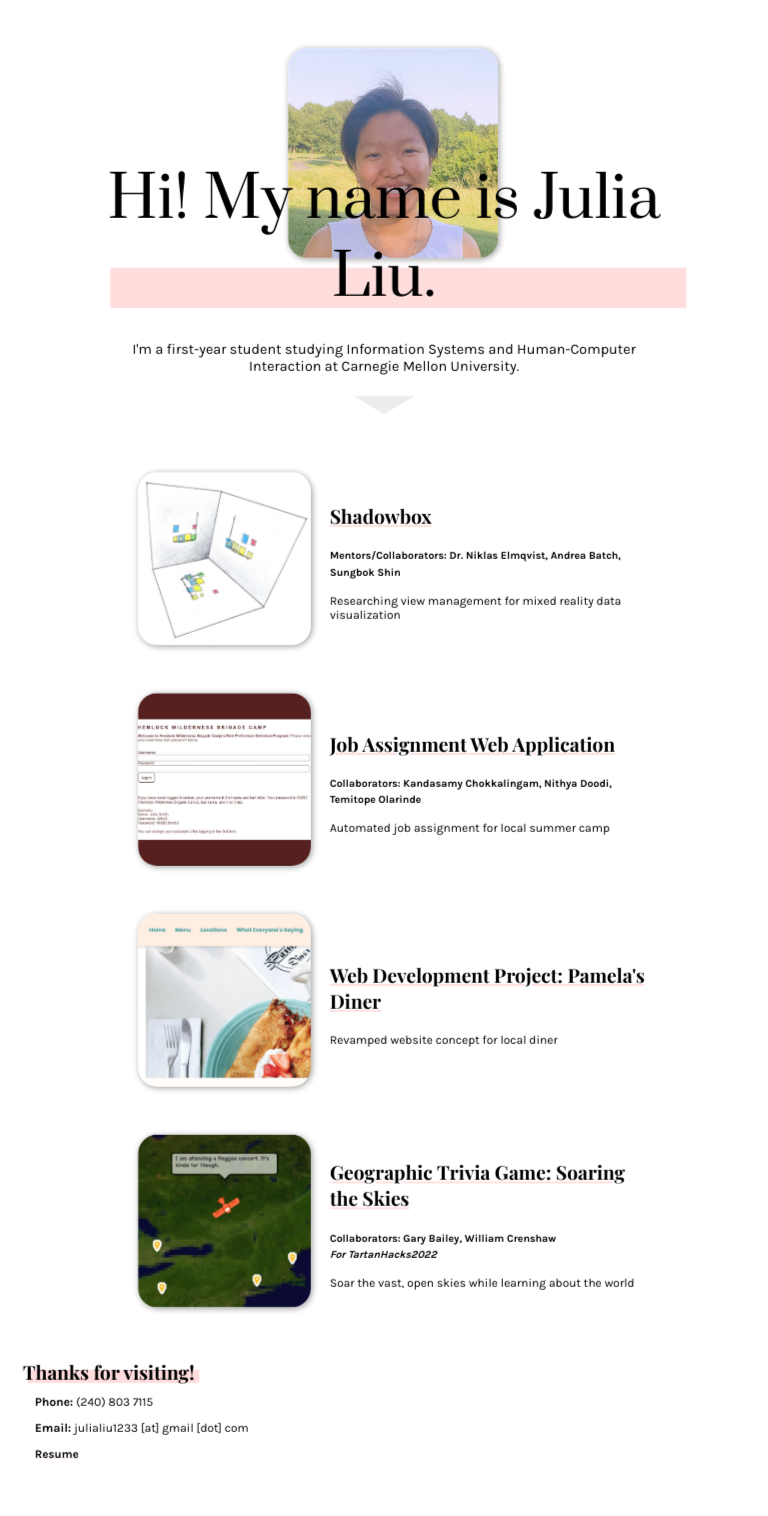
Repository: liu-julia/liu-julia.github.io
Page: index.html
An editor plug-in stored every save of this project. The page is shown before and after the next save, followed by the edit.
The browser window is 1280 px wide. The pictures show the whole page, at 60% of full size.

Above is the page before, as saved 2022-05-18 11:12:32.

After the next save:
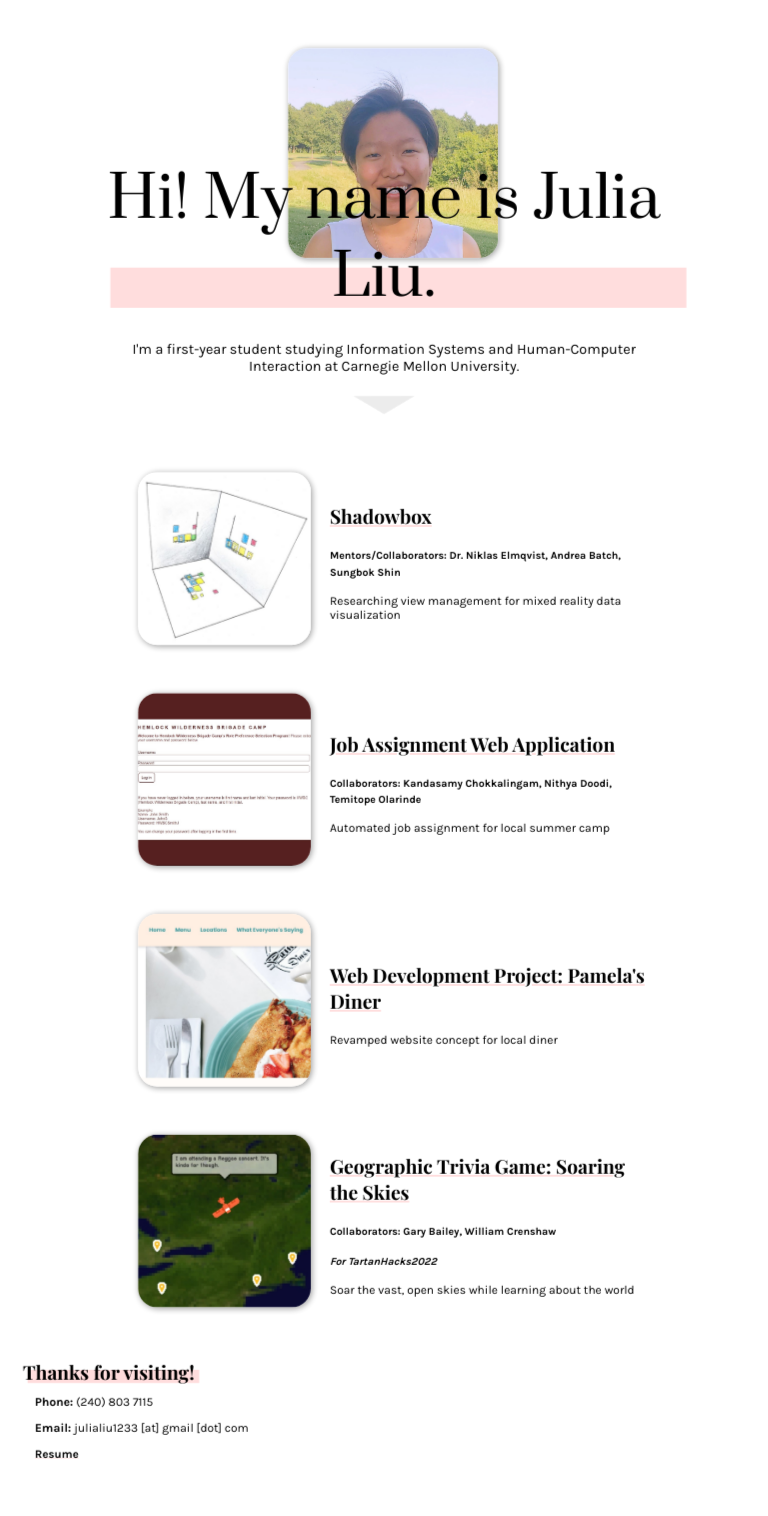
Saved 36 s later.
--- a/index.html
+++ b/index.html
@@ -57,7 +57,8 @@
                 <img src="images/soaringtheskies.jpg" alt="Soaring the Skies - 2D airplane game">
                 <div class="project-text">
                     <h3><a href="https://github.com/liu-julia/TartanHacks2022">Geographic Trivia Game: Soaring the Skies</a></h3>
-                    <h4>Collaborators: Gary Bailey, William Crenshaw<br><i>For TartanHacks2022</i></h4>
+                    <h4>Collaborators: Gary Bailey, William Crenshaw</h4>
+                    <h4><i>For TartanHacks2022</i></h4>
                     <p>Soar the vast, open skies while learning about the world</p>
                 </div>
             </div>

After the save that followed:
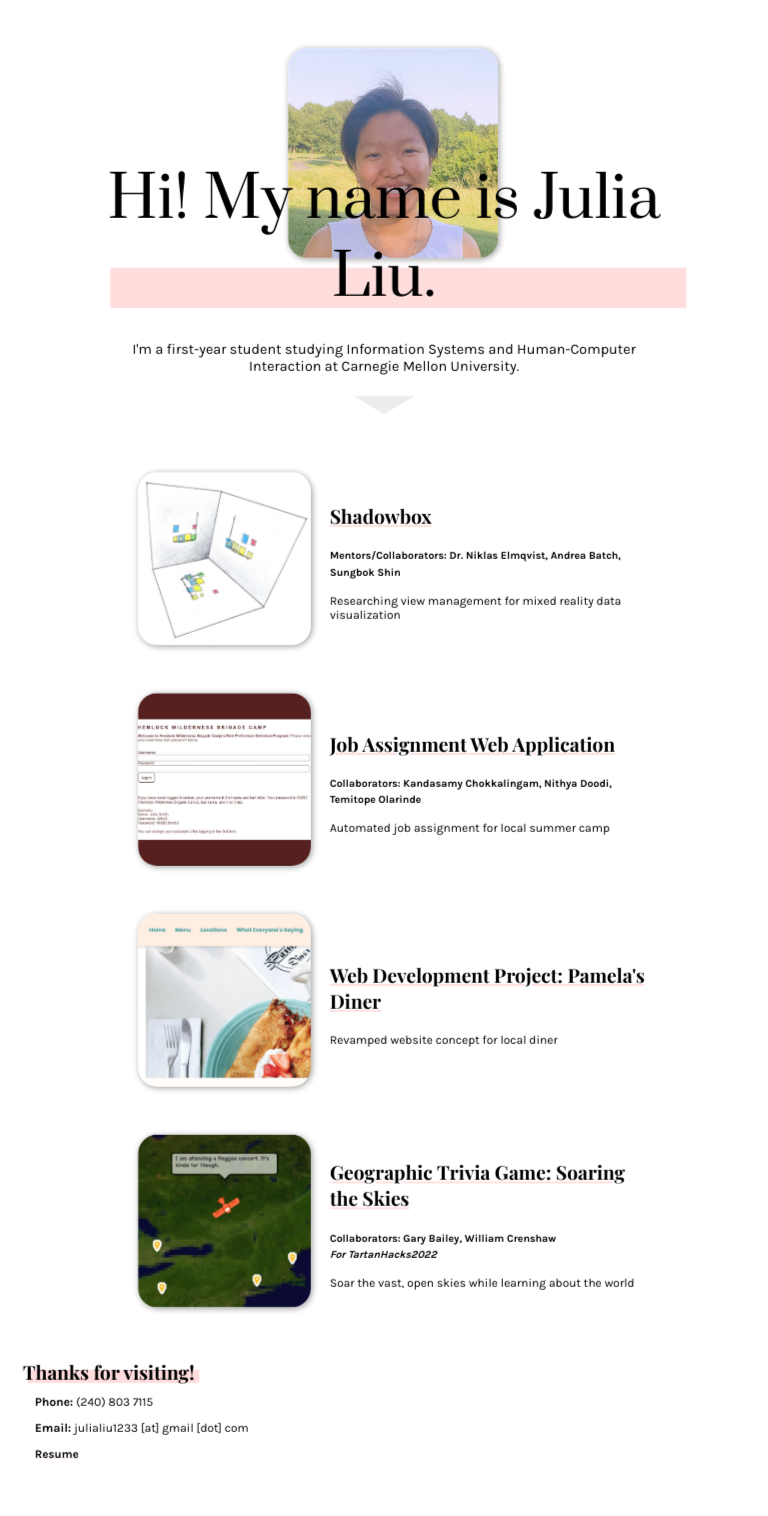
Saved 46 s later.
--- a/index.html
+++ b/index.html
@@ -57,8 +57,7 @@
                 <img src="images/soaringtheskies.jpg" alt="Soaring the Skies - 2D airplane game">
                 <div class="project-text">
                     <h3><a href="https://github.com/liu-julia/TartanHacks2022">Geographic Trivia Game: Soaring the Skies</a></h3>
-                    <h4>Collaborators: Gary Bailey, William Crenshaw</h4>
-                    <h4><i>For TartanHacks2022</i></h4>
+                    <h4>Collaborators: Gary Bailey, William Crenshaw<br><i>For TartanHacks2022</i></h4>
                     <p>Soar the vast, open skies while learning about the world</p>
                 </div>
             </div>
